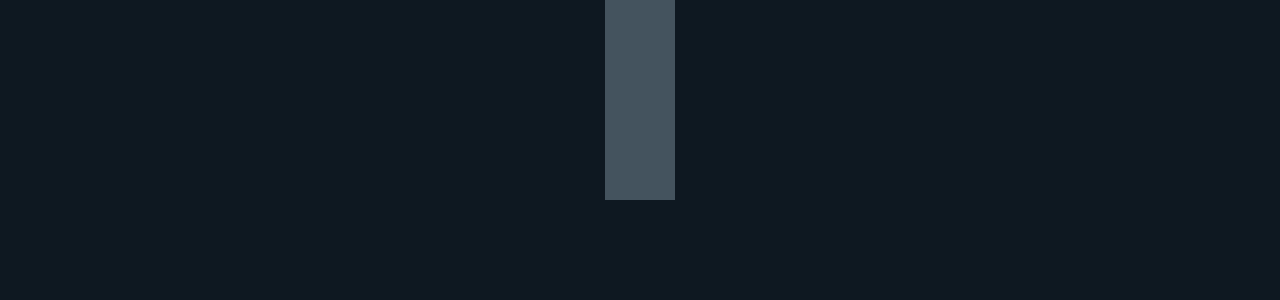
Repository: MarkLester10/TrafficLights
Page: index.html
An editor plug-in stored every save of this project. The page is shown before and after the next save, followed by the edit.
The browser window is 1280 px wide. The pictures show the whole page.

Above is the page before, as saved 2020-06-24 15:52:28.

After the next save:
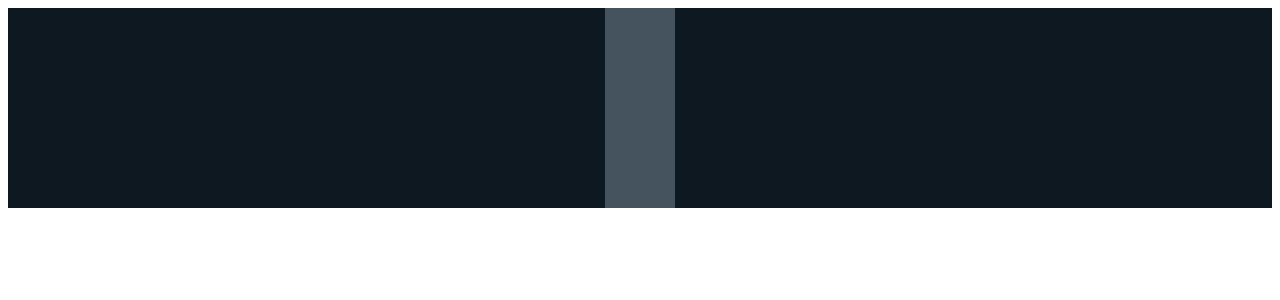
Saved 4 s later.
--- a/index.css
+++ b/index.css
@@ -2,7 +2,7 @@
   box-sizing: border-box;
 }
 
-body {
+main {
   background-color: #0e1821;
   margin: 0;
   display: flex;

After the save that followed:
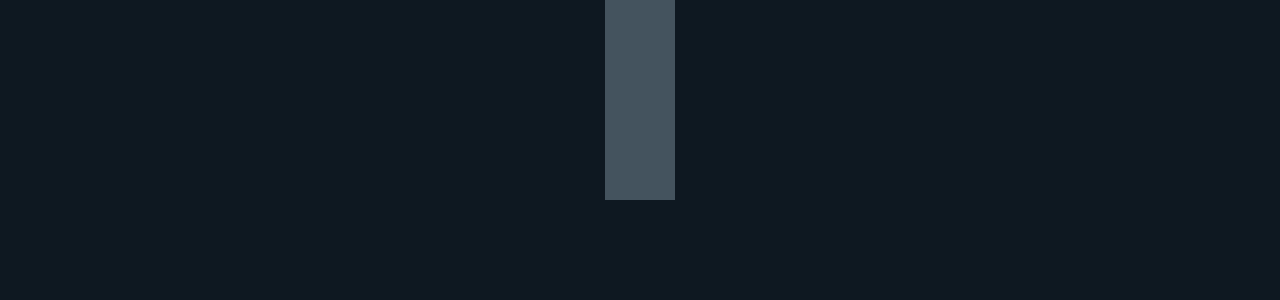
Saved 10 s later.
--- a/index.css
+++ b/index.css
@@ -2,7 +2,7 @@
   box-sizing: border-box;
 }
 
-main {
+body {
   background-color: #0e1821;
   margin: 0;
   display: flex;
